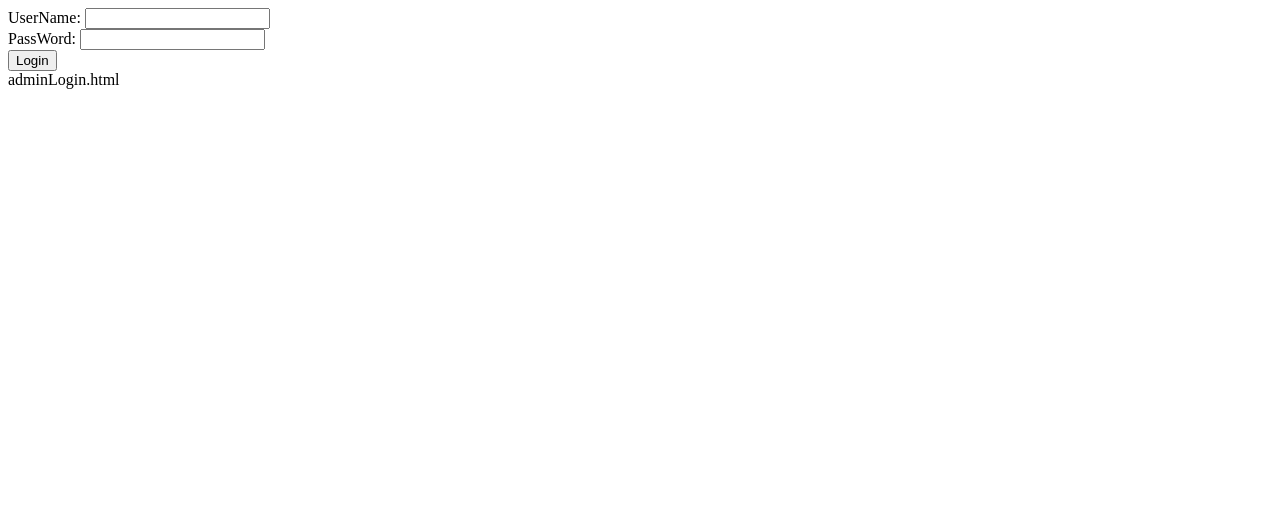
Repository: Purnima-Kushwah11/Online-Product-Management-System
Page: Application1CompleteDatabase/src/main/webapp/AdminLogin.html
An editor plug-in stored every save of this project. The page is shown before and after the next save, followed by the edit.
The browser window is 1280 px wide. The pictures show the whole page.

Above is the page before, as saved 2025-02-18 16:58:26.

### Application1CompleteDatabase/src/main/webapp/AdminLogin.html
<!DOCTYPE html>
<html>
<head>
<meta charset="UTF-8">
<title>Insert title here</title>
</head>
<body>
<form action="admin" method="post">
UserName: <input type="text" name="uname"><br>
PassWord: <input type="password" name ="pword"><br>
<input type="submit" value="Login">

</form>

</body>
</html>  adminLogin.html

After the next save:
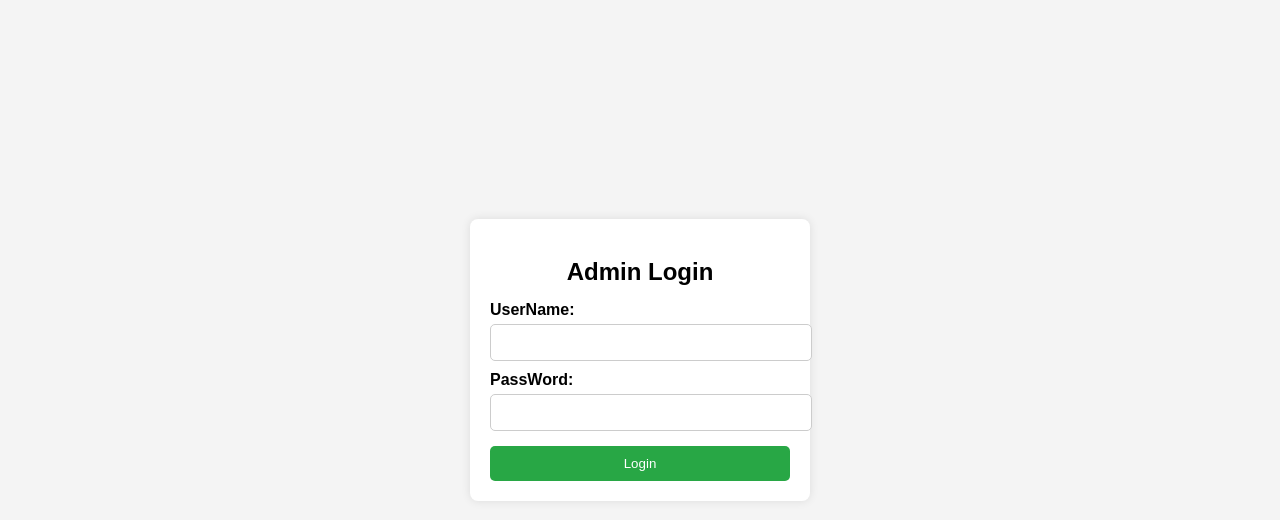
Saved 2 min 20 s later.
--- a/Application1CompleteDatabase/src/main/webapp/AdminLogin.html
+++ b/Application1CompleteDatabase/src/main/webapp/AdminLogin.html
@@ -1,16 +1,76 @@
 <!DOCTYPE html>
 <html>
 <head>
-<meta charset="UTF-8">
-<title>Insert title here</title>
+    <meta charset="UTF-8">
+    <title>Admin Login</title>
+    <style>
+        body {
+            font-family: Arial, sans-serif;
+            background-color: #f4f4f4;
+            display: flex;
+            justify-content: center;
+            align-items: center;
+            height: 100vh;
+            margin: 0;
+        }
+
+        form {
+            background: white;
+            padding: 20px;
+            border-radius: 8px;
+            box-shadow: 0 0 10px rgba(0, 0, 0, 0.1);
+            width: 300px;
+            text-align: center;
+        }
+
+        h2 {
+            margin-bottom: 15px;
+        }
+
+        label {
+            display: block;
+            text-align: left;
+            margin-top: 10px;
+            font-weight: bold;
+        }
+
+        input[type="text"], input[type="password"] {
+            width: 100%;
+            padding: 10px;
+            margin-top: 5px;
+            border: 1px solid #ccc;
+            border-radius: 5px;
+            outline: none;
+        }
+
+        input[type="submit"] {
+            background-color: #28a745;
+            color: white;
+            border: none;
+            padding: 10px;
+            width: 100%;
+            cursor: pointer;
+            border-radius: 5px;
+            margin-top: 15px;
+        }
+
+        input[type="submit"]:hover {
+            background-color: #218838;
+        }
+    </style>
 </head>
 <body>
-<form action="admin" method="post">
-UserName: <input type="text" name="uname"><br>
-PassWord: <input type="password" name ="pword"><br>
-<input type="submit" value="Login">
 
-</form>
+    <form action="admin" method="post">
+        <h2>Admin Login</h2>
+        <label>UserName:</label>
+        <input type="text" name="uname">
+
+        <label>PassWord:</label>
+        <input type="password" name="pword">
+
+        <input type="submit" value="Login">
+    </form>
 
 </body>
-</html>  adminLogin.html
+</html>
